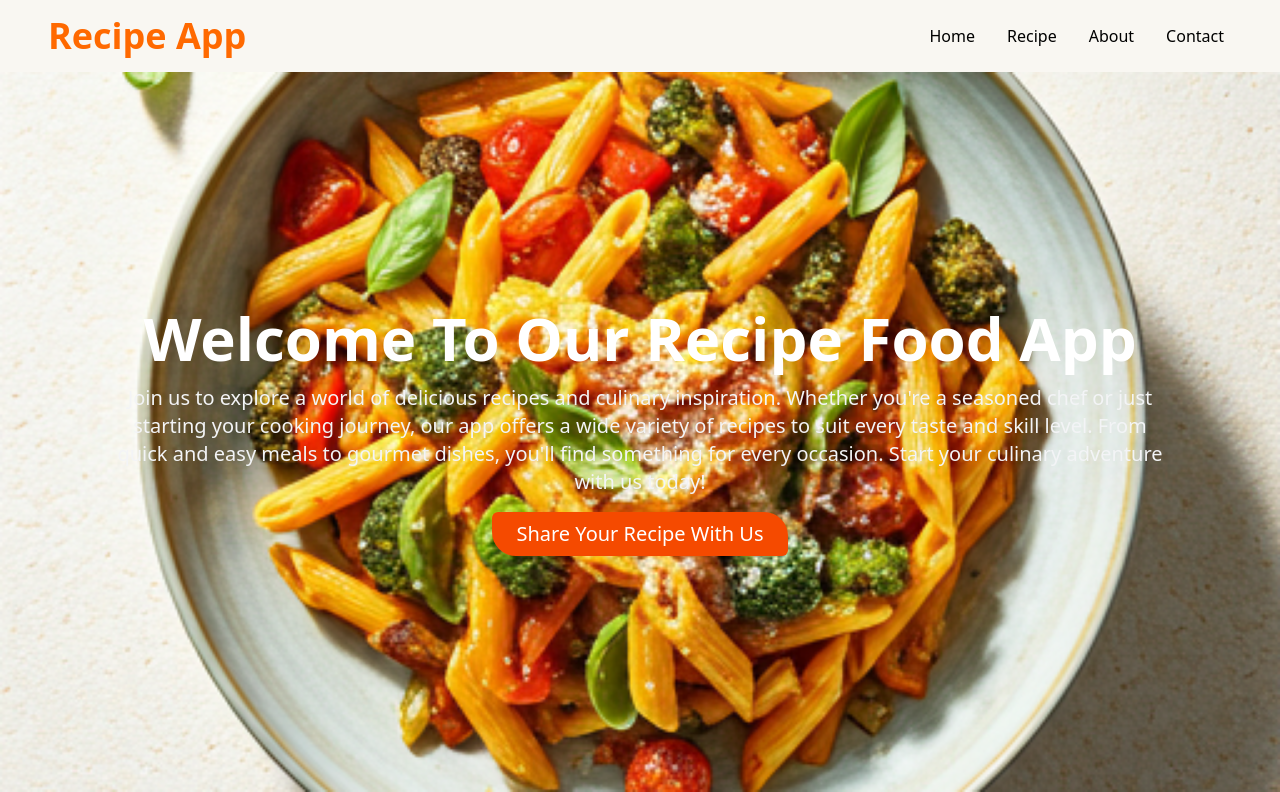
Repository: Eslam0Mohamed/mern-recipe-app
Page: / (app in FrontEnd/)
These files come from the project's save history. The page is drawn as it stood at one moment and after a run of saves; the edit follows.
The browser window is 1280 px wide. The pictures show the whole page.
The project was rebuilt for these pictures with package versions that can differ from the ones it lists, and the page was loaded fresh each time. Also part of the build but not shown: FrontEnd/vite.config.js.

Above is the page before, as saved 2026-05-07 18:49:45.

After the next 2 saves:
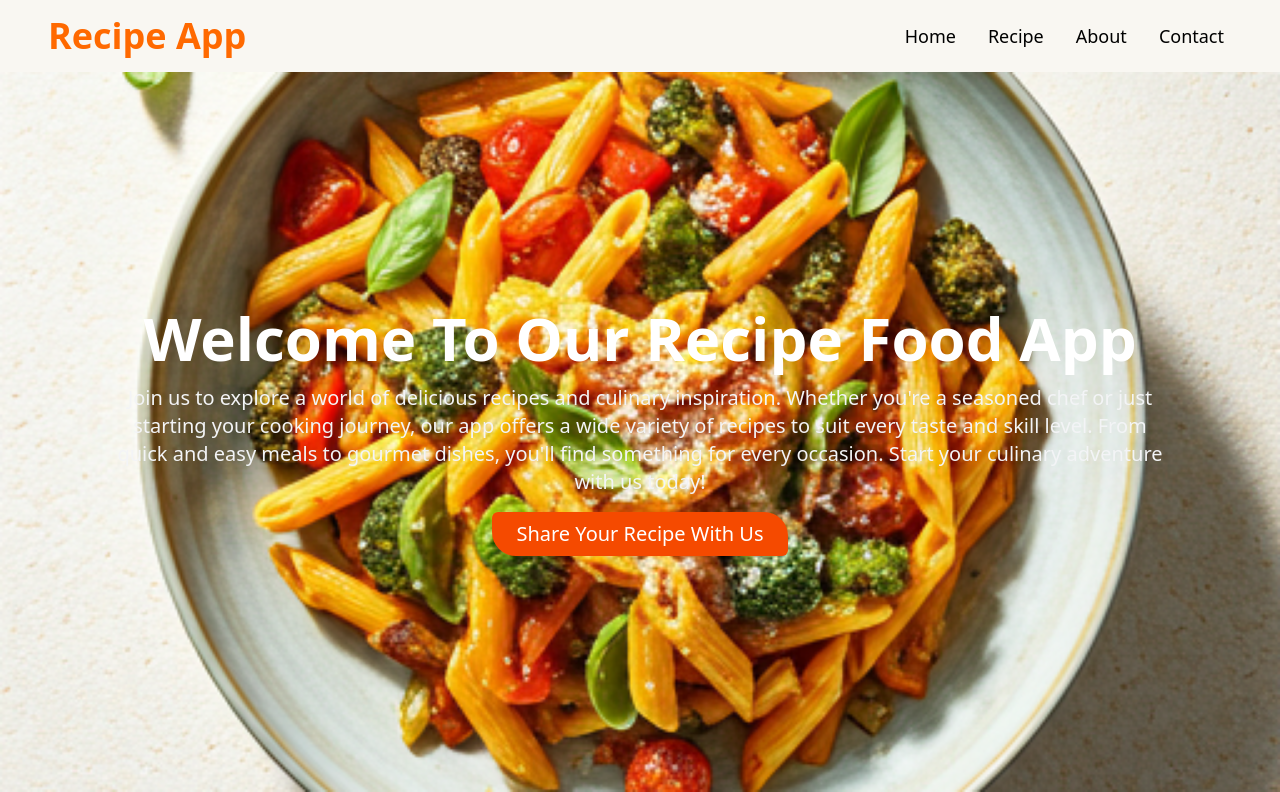
The 2 saves are shown as one change because they came seconds apart.
The last was saved 25 s later.
--- a/FrontEnd/src/components/Navbar.jsx
+++ b/FrontEnd/src/components/Navbar.jsx
@@ -8,10 +8,10 @@ const Navbar = () => {
                     Recipe App
                 </div>
                 <ul className='flex items-center gap-4'>
-                    <li><a href="" className='hover:bg-orange-500 hover:text-white py-1 px-2 rounded-md  text-md font-medium '>Home</a></li>
-                    <li><a href="" className='hover:bg-orange-500 hover:text-white py-1 px-2 rounded-md  text-md font-medium '>Recipe</a></li>
-                    <li><a href="" className='hover:bg-orange-500 hover:text-white py-1 px-2 rounded-md  text-md font-medium '>About</a></li>
-                    <li><a href="" className='hover:bg-orange-500 hover:text-white py-1 px-2 rounded-md  text-md font-medium '>Contact</a></li>
+                    <li><a href="" className='hover:bg-orange-500 hover:text-white py-1 px-2 rounded-md  text-md font-medium text-lg'>Home</a></li>
+                    <li><a href="" className='hover:bg-orange-500 hover:text-white py-1 px-2 rounded-md  text-md font-medium text-lg'>Recipe</a></li>
+                    <li><a href="" className='hover:bg-orange-500 hover:text-white py-1 px-2 rounded-md  text-md font-medium text-lg'>About</a></li>
+                    <li><a href="" className='hover:bg-orange-500 hover:text-white py-1 px-2 rounded-md  text-md font-medium text-lg'>Contact</a></li>
                 </ul>
             </nav>
 
